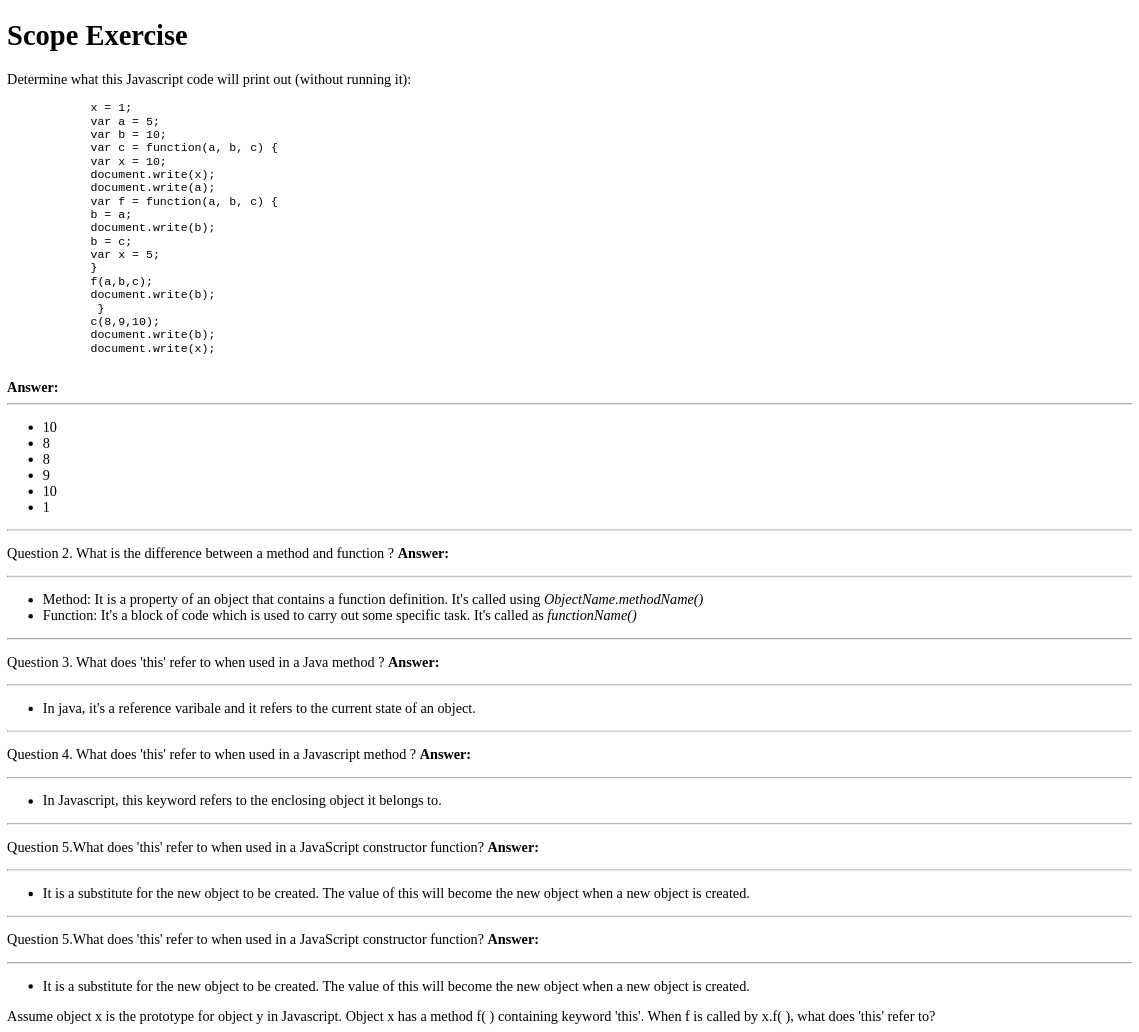
Repository: bethelbahiru/WAP
Page: Homework3/scope.html
These files come from the project's save history. The page is drawn as it stood at one moment and after a run of saves; the edit follows.
The browser window is 1280 px wide. The pictures show the whole page, at 89% of full size.

Above is the page before, as saved 2022-01-18 16:35:39.

After the next 2 saves:
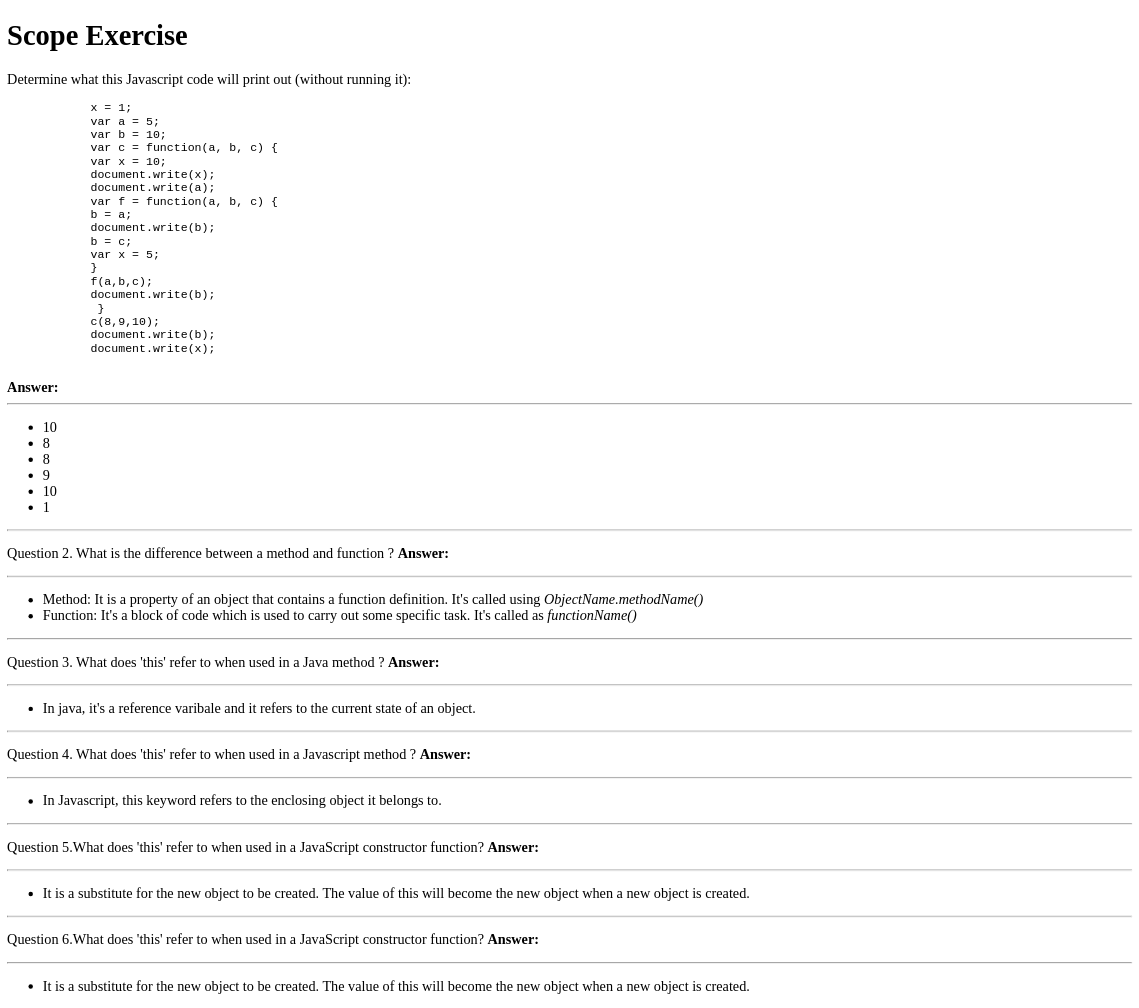
The 2 saves are shown as one change because they came seconds apart.
The last was saved 7 s later.
--- a/Homework3/scope.html
+++ b/Homework3/scope.html
@@ -77,7 +77,7 @@
         </ul>
     </p>
     <hr>
-    <p>Question 5.What does 'this' refer to when used in a JavaScript constructor function?
+    <p>Question 6.What does 'this' refer to when used in a JavaScript constructor function?
         <strong>Answer:</strong>
         <hr>
         <ul>
@@ -87,8 +87,7 @@
 
 
 
-    Assume object x is the prototype for object y in Javascript. Object x has a method f( ) containing keyword 'this'.
-    When f is called by x.f( ), what does 'this' refer to?
+
 
 
 
